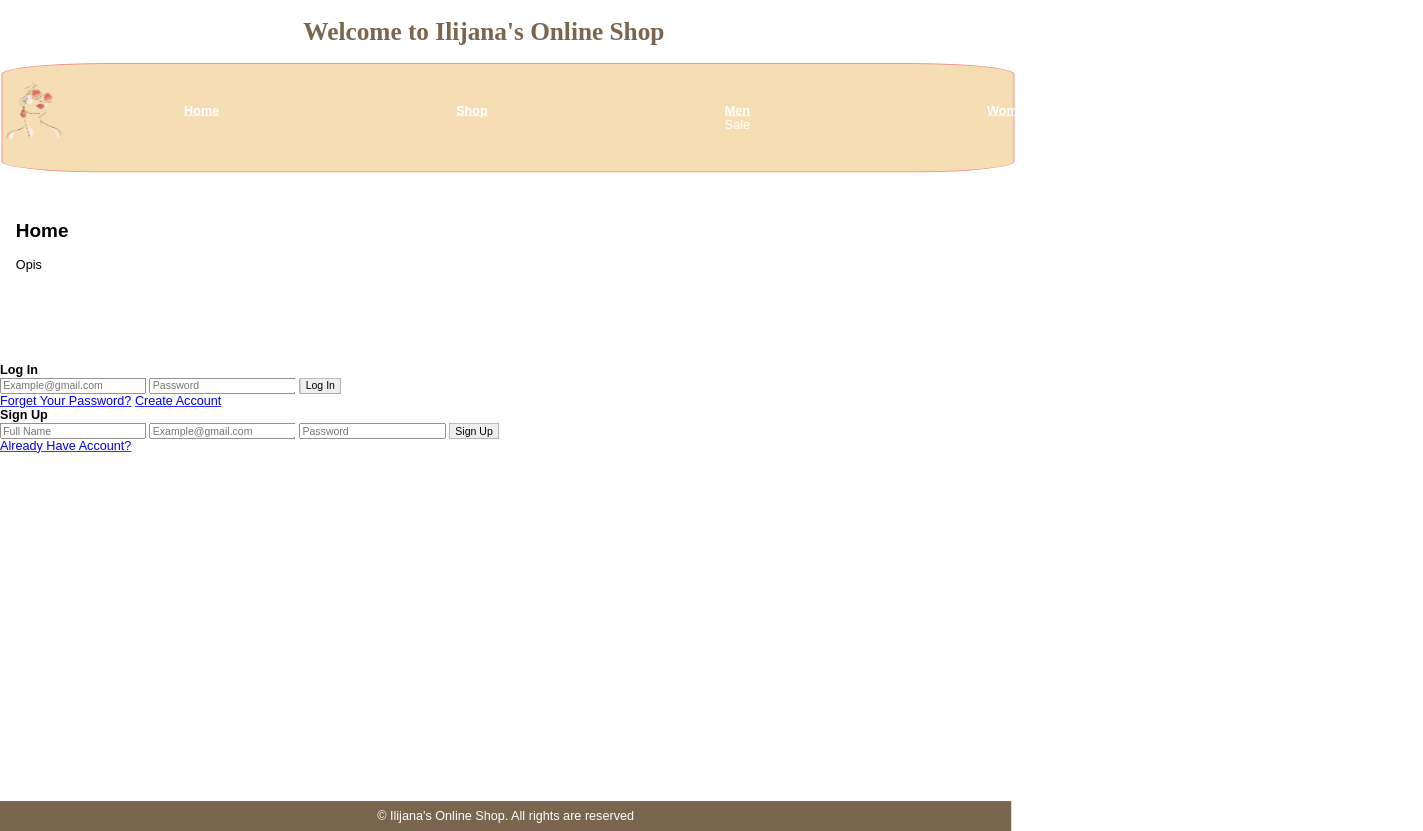
Repository: ilijana123/Proekt1
Page: html.html
The author's editor kept a copy of each file at every save. The page is drawn from the files as they stood at one save, then again after a run of saves.
The browser window is 1280 px wide. The page is 1801 px wide, so the pictures cover 1801 px, including what lies to the right of the window. The pictures show the whole page, at 79% of full size.

Above is the page before, as saved 2023-11-13 02:05:11.

### html.html
<!DOCTYPE html>
<html>
    <head>

    <meta charset="utf-8">
    <title>Online shop</title>
    <link rel="stylesheet" type="text/css" href="1.css">
    <script src="script.js"></script>

    </head>

    <body>
    <header>
       <h1>Welcome to Ilijana's Online Shop</h1>
    </header>

    <nav>
        <div class="social-call">
        <div class="social">
            <a href="#"><i class="fab fa-facebook-f"></i></a>
            <a href="#"><i class="fab fa-twitter"></i></a>
            <a href="#"><i class="fab fa-youtube"></i></a>
            <a href="#"><i class="fab fa-instagram"></i></a>
        </div>
        </div>
        <div class="navigation">
            <a href="#" class="logo"><img src="logo.png"></a>
            <div class="toggle"></div>
            <ul class="menu">
            <li><a href="#">Home</a></li>
            <li  class="shop"><a href="#" >Shop</a></li>
            <li><a href="#">Men</a>
                <span class="sale-lable">Sale</span>
            </li>
            <li><a href="#">Women</a></li>
            <li><a href="#">Kids</a></li>
            </ul>
            <div class="right-menu">
            <a href="javascript:void(0);" class="search">
                <i class="fas fa-search"></i>
            </a>
            <a href="javascript:void(0);" class="user">
                <i class="far fa-user"></i>
            </a>
            <a href="#">
                <i class="fas fa-shopping-cart">
                    <span class="num-cart-product">0</span>
                </i>
            </a>
            </div>
        </div>
    </nav>

       <section id="home">
            <h2>Home</h2>
            <p>Opis</p>
        </section>
        <section id="contact"></section>
            <div class="form">
                <div class="login-form">
                    <a href="javascript:void(0);" class="form-cancel">
                        <i class="fas fa-times"></i>
                    </a>
                    <strong>Log In</strong>
                    <form>
                        <input type="email" name="email" placeholder="Example@gmail.com" required/>
                        <input type="password" name="password" placeholder="Password" required/>
                        <input type="submit" value="Log In"/>
                    </form>
                    <div class="form-btns">
                        <a href="#" class="forget">Forget Your Password?</a>
                        <a href="javascript:void(0);" class="sign-up-btn">Create Account</a>
                    </div>
                </div>
                    <div class="sign-up-form">
                    <a href="javascript:void(0);" class="form-cancel">
                        <i class="fas fa-times"></i>
                    </a>
                        <strong>Sign Up</strong>
                        <form>
                            <input type="text" name="fullname" placeholder="Full Name" required/>
                            <input type="email" name="email" placeholder="Example@gmail.com" required/>
                            <input type="password" name="password" placeholder="Password" required/>
                            <input type="submit" value="Sign Up"/>
                        </form>
                        <div class="form-btns">
                            <a href="javascript:void(0);" class="already-account">
                                Already Have Account?</a>

                        </div>
                    </div>
            </div>
       </section>

       <section id="category1"></section>
       <section id="category2"></section>
       <section id="category3"></section>
       <section id="instagram"></section>
      <section id="survey">
      </section>
      <section id="questionnaire">
      </section>
      <section id="contact">
      </section>
       <footer> &copy; Ilijana's Online Shop. All rights are reserved</footer>

    </body>
</html>

### 1.css
h1  {
     font-family: fantasy;
        color:rgb(122, 101, 79);
        position:relative;
        margin-left: 30%;
        text-decoration:double;
        text-decoration-color: aliceblue;
    }
    body
    {
        margin: 0;
        padding: 0;
        font-family: Arial, sans-serif;
    }
    .navigation
    {
        display:flex;
        justify-content: space-between;
        allign-items: center;
        background-color: wheat;
        margin:auto;
        position: relative;
        color: white;
        padding:auto;
        left: 2px;
        right: 2px;
        width: 100%;
        z-index: 100;
        border: 1px solid rgba(0,0,0,03);
        border-radius: 10%;
        border-color: lightcoral;
    }
    nav ul
    {
        list-style-type: none;
        margin: 0;
        padding: 0;
        display: flex;
        margin-top: 50px;
        flex-direction: row;
    }
    nav ul li
    {
        display: block;
        margin-bottom: 50px;
        margin-right: 150px;
        margin-left:150px;
    }
    section {
        padding: 20px;
        margin: 20px 0;
    }
    nav a
    {
        color: white;
        font-weight:bolder;
        size: 50px;
    }
    nav a:hover {
        color:rgb(122, 101, 79);
    }

    footer {
        background-color:rgb(122, 101, 79);
        color: white;
        text-align: center;
        padding: 10px;
    }
    .logo img
    {
        height: 80px;
        margin-top: 20px;
    }

### script.js
function btnClicked()
{
    document.location.href="html1.html";
}

After the next 2 saves:
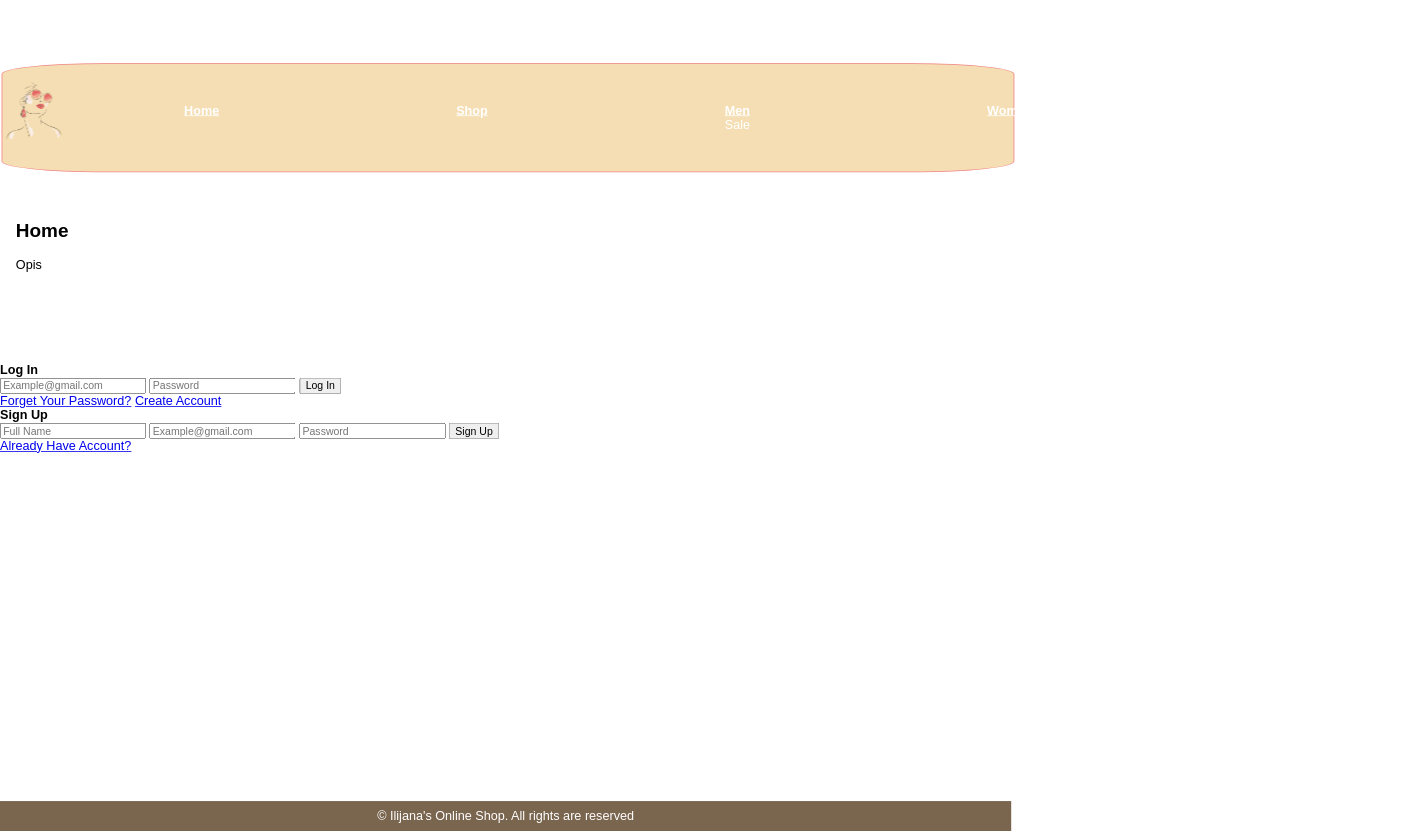
The 2 saves are shown as one change because they came seconds apart.
The last was saved 110 s later.
--- a/1.css
+++ b/1.css
@@ -1,6 +1,7 @@
 h1  {
      font-family: fantasy;
-        color:rgb(122, 101, 79);
+        color:white;
+        border-color:rgb(122, 101, 79);
         position:relative;
         margin-left: 30%;
         text-decoration:double;
